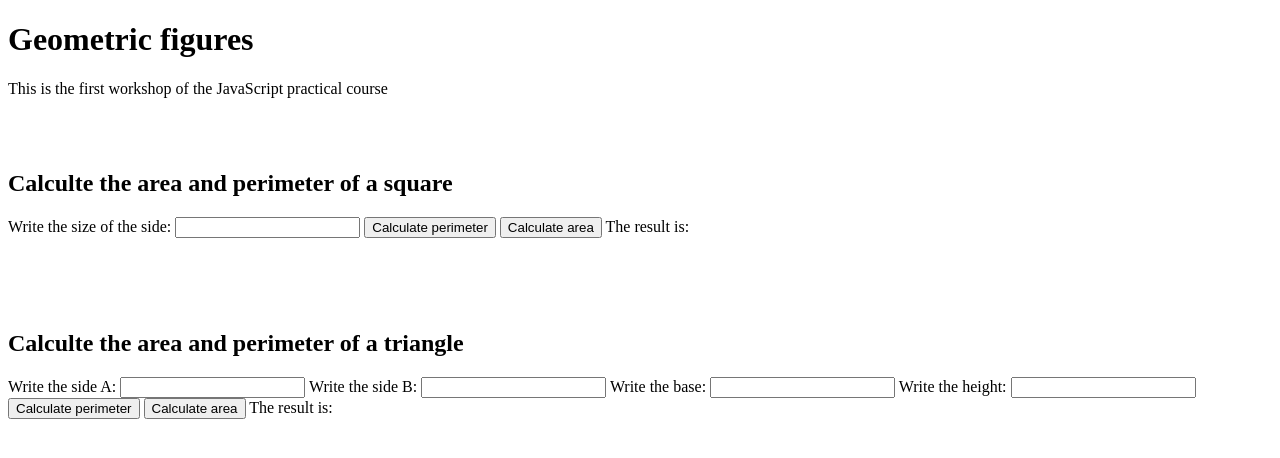
Repository: jangabe/curso-practico-javascript
Page: figures.html
These files come from the project's save history. The page is drawn as it stood at one moment and after the next save; the edit follows.
The browser window is 1280 px wide. The pictures show the whole page.

Above is the page before, as saved 2022-06-14 09:37:03.

### figures.html
<!DOCTYPE html>
<html lang="en">
<head>
    <meta charset="UTF-8">
    <meta name="viewport" content="width=device-width, initial-scale=1.0">
    <title>Geometric figures</title>
</head>
<body>
    <header>
        <h1>Geometric figures</h1>
        <p>This is the first workshop of the JavaScript practical course</p>
    </header>
</br>
</br>
    <section>
        <h2>Calculte the area and perimeter of a square</h2>
        <form action="">
            <label for="SquareInput">Write the size of the side:</label>
            <input id="SquareInput" type="number">
            <button type="button" onclick="calculatePerimeterSquare()">Calculate perimeter</button>
            <button type="button" onclick="calculateAreaSquare()">Calculate area</button>
            <label for="">The result is: </label> <output id="ResultSquare"></output>
        </form>
    </section>
</br>
</br>
</br>
</br>
    <section>
        <h2>Calculte the area and perimeter of a triangle</h2>
        <form action="">
            <label for="TriangleInputA">Write the side A:</label>
            <input id="TriangleInputA" type="number">
            <label for="TriangleInputB">Write the side B:</label>
            <input id="TriangleInputB" type="number">
            <label for="TriangleInputBase">Write the base:</label>
            <input id="TriangleInputBase" type="number">
            <label for="TriangleInputHeight">Write the height:</label>
            <input id="TriangleInputHeight" type="number">
            <button type="button" onclick="calculatePerimeterTriangle()">Calculate perimeter</button>
            <button type="button" onclick="calculateAreaTriangle()">Calculate area</button>
            <label for="">The result is: </label> <output id="ResultTriangle"></output>
        </form>
    </section>

    <script src="./figures.js"></script>
</body>
</html>

### figures.js
//Code for the square
console.group("square");
//const squareSide = 5;
//console.log('The sides of the square measure: '+ squareSide);

function squarePerimeter(side){
    return side * 4;
}

//console.log('The perimeter of the square is: '+ squarePerimeter(4) +"cm");

function squareArea(side){
    return side * side;
}

//console.log('The area of the square is: '+ squareArea(5)+"cm^2");

console.groupEnd();

//Code for the triangle
/* console.group("triangle");
const triangleSide1 = 6;
const triangleSide2 = 6;
const triangleBase = 4;
console.log('The sides of the triangle measure: '+ triangleSide1+"cm, "+triangleSide2+"cm, "+triangleBase+"cm"); */


function trianglePerimeter(side1, side2, base){
    return Number(side1) + Number(side2) + Number(base);
}
//console.log('The perimeter of the triangle is: '+ trianglePerimeter +"cm");

//const triangleHeight = 5.5;
//console.log('The height of the triangle is: '+triangleHeight+"cm");

function triangleArea(base, height){
    return (base * height)/2;
}
//console.log('The area of the square is: '+ triangleArea+"cm^2");
console.groupEnd();

//Code for the circle
/* console.group("circle");
const circleRadius = 4;
console.log('The radius of the circle measure: '+ circleRadius); */

//const PI = 3.1415;
const PI = Math.PI;
//console.log('The PI value is: '+PI);

function circleDiameter(radius){
    return radius * 2;
}
//console.log('The diameter of the circle is: '+ circleDiameter +"cm");

function circlePerimeter(radius){
    const diameter = circleDiameter(radius);
    return diameter * PI;
}
//console.log('The perimeter of the circle is: '+ circlePerimeter +"cm");

function circleArea(radius){
    return (radius * radius) * PI;
}
//console.log('The area of the circle is: '+ circleArea+"cm^2");

console.groupEnd();


function calculatePerimeterSquare(){
    const SquareInputValue = document.getElementById("SquareInput").value;
    const result = document.getElementById("ResultSquare");
    result.value = squarePerimeter(SquareInputValue);
}

function calculateAreaSquare(){
    const SquareInputValue = document.getElementById("SquareInput").value;
    const result = document.getElementById("ResultSquare");
    result.value = squareArea(SquareInputValue);
}

function calculatePerimeterTriangle(){
    const TriangleInputAValue = document.getElementById("TriangleInputA").value;
    const TriangleInputBValue = document.getElementById("TriangleInputB").value;
    const TriangleInputBaseValue = document.getElementById("TriangleInputBase").value;
    const result = document.getElementById("ResultTriangle");
    result.value = trianglePerimeter(TriangleInputAValue, TriangleInputBValue, TriangleInputBaseValue);
}

function calculateAreaTriangle(){
    const TriangleInputBaseValue = document.getElementById("TriangleInputBase").value;
    const TriangleInputHeightValue = document.getElementById("TriangleInputHeight").value;
    const result = document.getElementById("ResultTriangle");
    result.value = triangleArea(TriangleInputBaseValue, TriangleInputHeightValue);
}

After the next save:
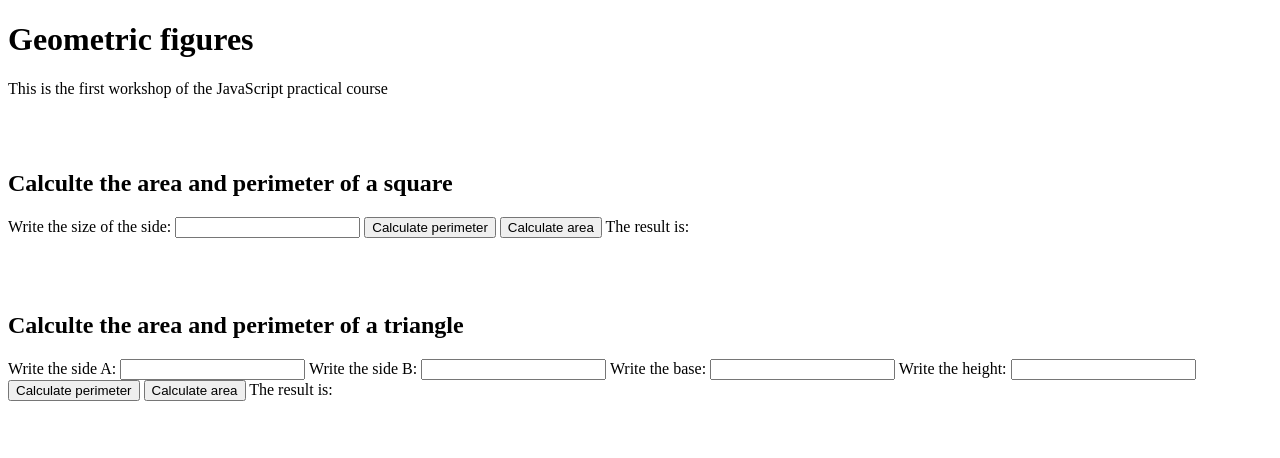
Saved 6 s later.
--- a/figures.html
+++ b/figures.html
@@ -25,7 +25,6 @@
 </br>
 </br>
 </br>
-</br>
     <section>
         <h2>Calculte the area and perimeter of a triangle</h2>
         <form action="">
